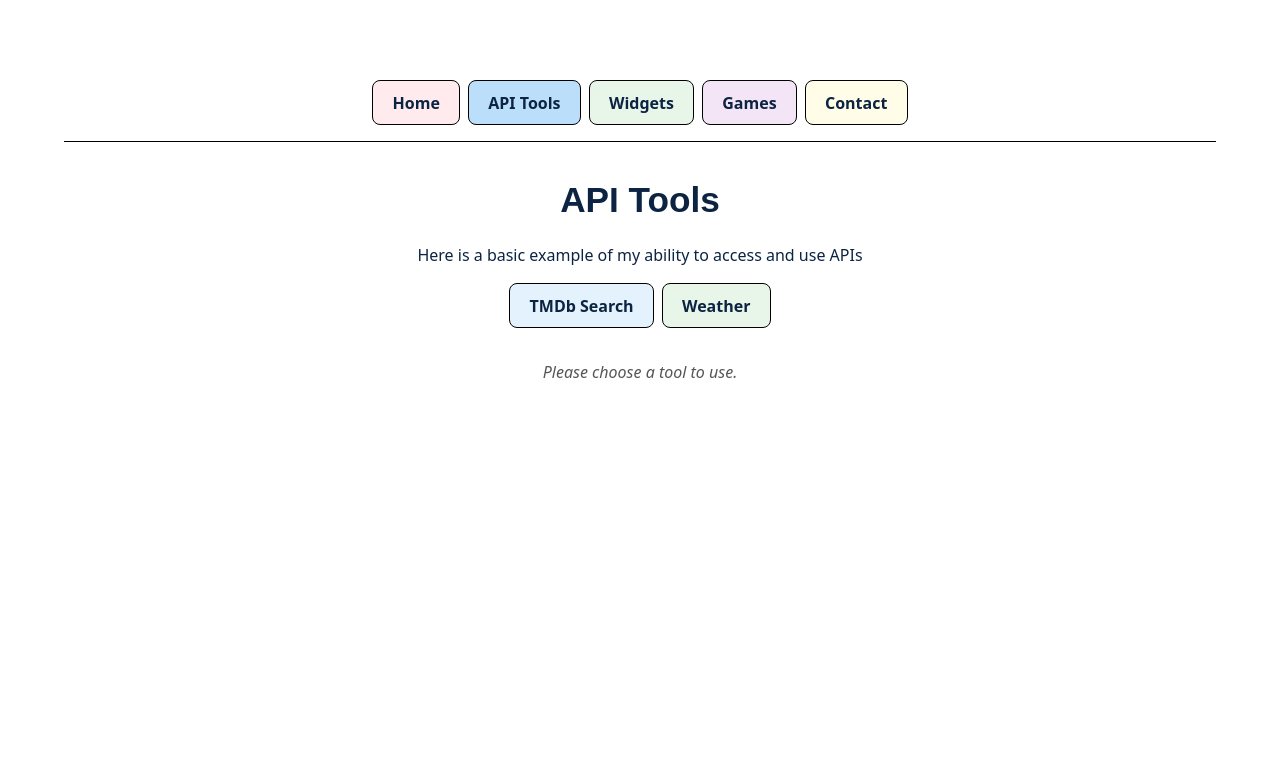
Repository: ourshadetree/TimPortfolio
Page: /api-tools
An editor plug-in stored every save of this project. The page is shown before and after the next save, followed by the edit.
The browser window is 1280 px wide. The pictures show the whole page.
The project was rebuilt for these pictures with package versions that can differ from the ones it lists, and the page was loaded fresh each time. Also part of the build but not shown: vite.config.js, src/views/HomeView.vue, src/components/MovieApi.vue, src/components/WeatherApi.vue, src/components/Calculator.vue, src/components/UnitConverter.vue, src/views/Widgets.vue, src/components/RockPaperScissors.vue and 3 more. Imported but missing from the stored project, and not drawn on this page: src/assets/CurrentResumeTimSB.pdf.

Above is the page before, as saved 2025-05-07 14:40:58.

### src/main.js
// src/main.js
import { createApp } from 'vue'
import App        from './App.vue'
import { router } from './router'
import './assets/style.css'         // your reset / base styles

createApp(App)
  .use(router)
  .mount('#app')

### src/App.vue
<!-- src/App.vue -->
<template>
  <div id="app">
    <header>
      <nav>
        <router-link to="/"       class="tab tab--home">Home</router-link>
        <router-link to="/api-tools" class="tab tab--api">API Tools</router-link>
        <router-link to="/widgets"   class="tab tab--widgets">Widgets</router-link>
        <router-link to="/games"     class="tab tab--games">Games</router-link>
        <router-link to="/contact"   class="tab tab--contact">Contact</router-link>
      </nav>
    </header>
    <main>
      <router-view/>
    </main>
  </div>
</template>


<script setup>
// no script needed here yet
</script>

<style>
#app {
  background: white;
  min-height: 100vh;
}

/* header/nav styling */
header {
  padding: 1rem;
  border-bottom: 1px solid black;
  text-align: center;
}
nav {
  display: inline-flex;
  gap: 0.5rem;
}
nav a {
  padding: 0.5rem 1rem;
  border: 1px solid black;
  border-radius: 8px;
  background: #FDEFF9; /* pastel pink */
  color: #0C2442;
  text-decoration: none;
  font-weight: bold;
}
nav a.router-link-active {
  background: yellow; /* pastel blue when active */
}

/* base tab style */
.tab {
  padding: 0.6rem 1.2rem;
  border: 1px solid #000;
  border-radius: 8px;
  text-decoration: none;
  font-weight: bold;
  color: #0C2442;
  transition: opacity .2s;
}
.tab:hover {
  opacity: 0.8;
}

/* pastel colours for each */
.tab--home     { background: #FFEBEE; } /* very light pink */
.tab--api      { background: #E3F2FD; } /* very light blue */
.tab--widgets  { background: #E8F5E9; } /* very light green */
.tab--games    { background: #F3E5F5; } /* very light purple */
.tab--contact  { background: #FFFDE7; } /* very light yellow */

</style>

### src/router/index.js
// src/router/index.js
import { createRouter, createWebHistory } from 'vue-router'
import HomeView    from '../views/HomeView.vue'
import ApiTools    from '../views/ApiTools.vue'
import Widgets     from '../views/Widgets.vue'
import Games       from '../views/Games.vue'
import Contact     from '../views/Contact.vue'

const routes = [
  { path: '/',           name: 'Home',      component: HomeView },
  { path: '/api-tools',   name: 'API Tools', component: ApiTools },
  { path: '/widgets',     name: 'Widgets',   component: Widgets },
  { path: '/games',       name: 'Games',     component: Games },
  { path: '/contact',     name: 'Contact',   component: Contact },
]

export const router = createRouter({
  history: createWebHistory(),
  routes,
})

### src/assets/style.css
/* ------------------------------------------------------------------------
   src/assets/style.css
   ————————————————————————————————————————————————————————————————
   1) Reset / base
   2) Layout (#app, header/nav)
   3) Typography (h1)
   4) Tabs (.tab, .tab--*)
   5) Buttons, links, etc.
   ------------------------------------------------------------------------ */

/* 1) -------- Reset / Base -------- */
:root {
  /* overall color scheme */
  background-color: #ffffff;
  color: #0C2442; /* dark blue text */
  font-family: Karla, system-ui, sans-serif;
  line-height: 1.5;
}

*,
*::before,
*::after {
  box-sizing: border-box;
  margin: 0;
  padding: 0;
}

/* 2) --------#app & header/nav layout -------- */
#app {
  max-width: 1280px;
  margin: 0 auto;
  padding: 2rem;
  text-align: center;
  background: white;
  min-height: 100vh;
}

header {
  padding-bottom: 1rem;
  border-bottom: 1px solid black;
  margin-bottom: 2rem;
}

nav {
  display: inline-flex;
  gap: 0.5rem;
}

/* 3) -------- Typography -------- */
#app h1 {
  font-family: 'Sora', sans-serif;
  font-size: 2.2rem;
  font-weight: 900;
  margin: 1rem 0;
}

/* 4) -------- Tabs -------- */
.tab {
  display: inline-block;
  padding: 0.6rem 1.2rem;
  border: 1px solid black;
  border-radius: 8px;
  text-decoration: none;
  font-weight: bold;
  color: #0C2442;
  transition: opacity 0.2s;
}
.tab:hover {
  opacity: 0.8;
}

/* Pastel for each */
.tab--home     { background: #FFEBEE; } /* very light pink */
.tab--api      { background: #E3F2FD; } /* very light blue */
.tab--widgets  { background: #E8F5E9; } /* very light green */
.tab--games    { background: #F3E5F5; } /* very light purple */
.tab--contact  { background: #FFFDE7; } /* very light yellow */

/* Active tab override */
.router-link-active {
  /* pastel‑blue highlight for whichever is active */
  background: #BBDEFB !important;
}

/* 5) -------- Buttons & Links -------- */
button {
  border-radius: 8px;
  border: 1px solid black;
  padding: 0.6rem 1.2rem;
  font: inherit;
  background: #f0f0f0;
  cursor: pointer;
  transition: background 0.2s;
}
button:hover {
  background: #e0e0e0;
}

a {
  color: inherit;
  text-decoration: none;
}

### src/views/ApiTools.vue
<!-- src/views/ApiTools.vue -->
<template>
    <section>
      <h1>API Tools</h1>
      <p>Here is a basic example of my ability to access and use APIs</p>
      <!-- Tab header -->
      <nav>
        <button
          v-for="tool in tools"
          :key="tool.name"
          @click="toggleTool(tool.name)"
          :class="['tab', tool.tabClass, { 'router-link-active': currentTab === tool.name }]"
        >
          {{ tool.name }}
        </button>
      </nav>

      <!-- Placeholder or Dynamic tool output -->
      <div class="tool-container">
        <p v-if="!currentTab" class="choose-message">
          Please choose a tool to use.
        </p>
        <!-- v-if so that when currentTab is null this unmounts -->
        <component
          v-if="currentTab"
          :is="currentComponent"
          :key="currentTab"
        />
      </div>
    </section>
  </template>

  <script setup>
  import { ref, computed } from 'vue'
  import MovieApi from '@/components/MovieApi.vue'
  import WeatherApi from '@/components/WeatherApi.vue'
  // import OtherApiTool from '@/components/OtherApiTool.vue'

  const tools = [
    { name: 'TMDb Search', component: MovieApi, tabClass: 'tab--api' },
    { name: 'Weather',     component: WeatherApi, tabClass: 'tab--widgets' },
    // { name: 'Other Tool', component: OtherApiTool, tabClass: 'tab--widgets' },
  ]

  // no default selection
  const currentTab = ref(null)

  function toggleTool(name) {
    currentTab.value = currentTab.value === name ? null : name
  }

  const currentComponent = computed(() => {
    const sel = tools.find(t => t.name === currentTab.value)
    return sel ? sel.component : null
  })
  </script>

  <style scoped>
  nav {
    margin: 1rem 0;
    display: flex;
    justify-content: center;
    gap: 0.5rem;
  }

  .tool-container {
    padding-top: 1rem;
  }

  .choose-message {
    font-style: italic;
    color: #555;
    text-align: center;
  }
  </style>

Loaded but not shown: index.html (common file)

After the next save:
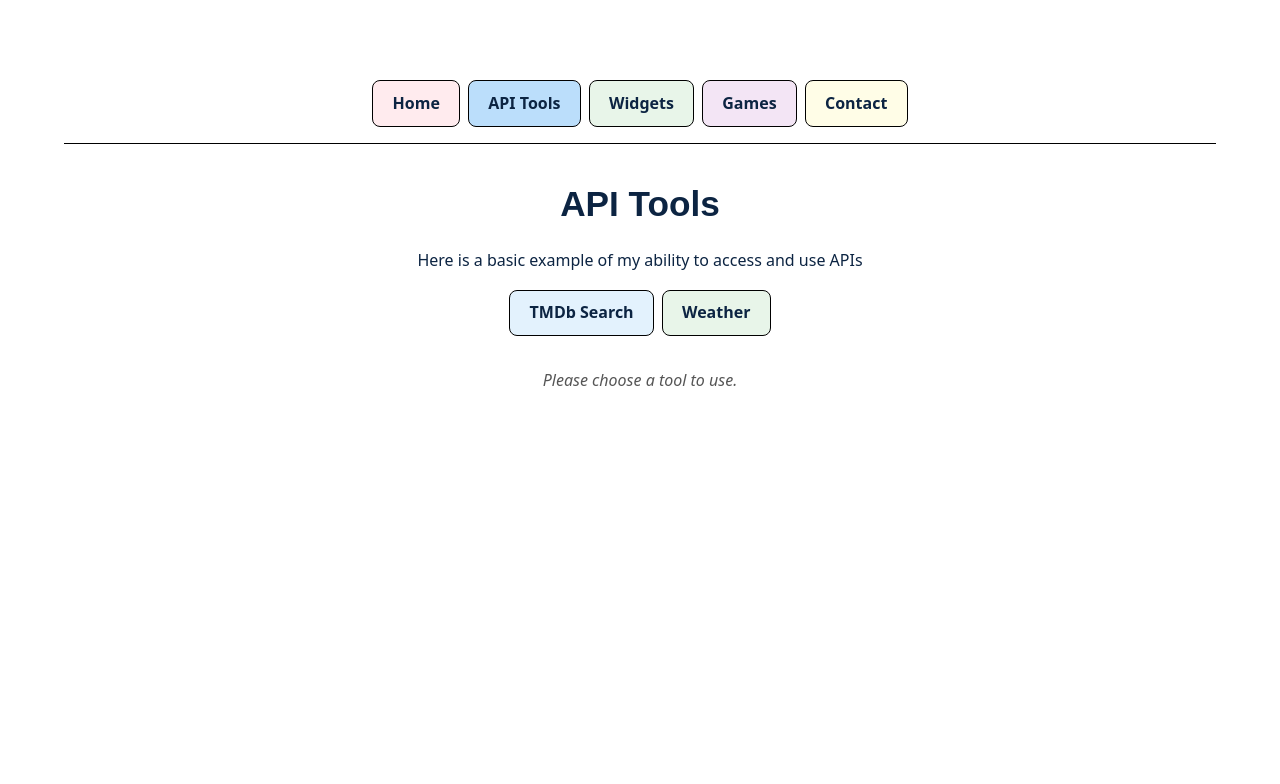
Saved 2 min 18 s later.
--- a/src/assets/style.css
+++ b/src/assets/style.css
@@ -1,11 +1,13 @@
 /* ------------------------------------------------------------------------
    src/assets/style.css
+   Updated: Mobile‑first responsive enhancements included
    ————————————————————————————————————————————————————————————————
    1) Reset / base
    2) Layout (#app, header/nav)
    3) Typography (h1)
    4) Tabs (.tab, .tab--*)
    5) Buttons, links, etc.
+   6) Responsive/mobile tweaks
    ------------------------------------------------------------------------ */
 
 /* 1) -------- Reset / Base -------- */
@@ -25,7 +27,7 @@
   padding: 0;
 }
 
-/* 2) --------#app & header/nav layout -------- */
+/* 2) -------- #app & header/nav layout -------- */
 #app {
   max-width: 1280px;
   margin: 0 auto;
@@ -44,6 +46,8 @@ header {
 nav {
   display: inline-flex;
   gap: 0.5rem;
+  flex-wrap: wrap;
+  justify-content: center;
 }
 
 /* 3) -------- Typography -------- */
@@ -91,6 +95,7 @@ button {
   background: #f0f0f0;
   cursor: pointer;
   transition: background 0.2s;
+  width: auto;
 }
 button:hover {
   background: #e0e0e0;
@@ -100,3 +105,53 @@ a {
   color: inherit;
   text-decoration: none;
 }
+
+/* 6) -------- Responsive / Mobile‑first Tweaks -------- */
+
+/* Ensure full-width form controls touch targets */
+input,
+select,
+button {
+  width: 100%;
+  max-width: 100%;
+  box-sizing: border-box;
+}
+
+@media (min-width: 480px) {
+  input,
+  select,
+  button {
+    width: auto;
+  }
+}
+
+/* Scale down main heading on smaller screens */
+@media (max-width: 479px) {
+  #app h1 {
+    font-size: 1.8rem;
+  }
+}
+
+/* Preview grid adjustments (if used) */
+.preview-grid {
+  display: grid;
+  grid-template-columns: 1fr;
+  gap: 1rem;
+}
+@media (min-width: 480px) {
+  .preview-grid {
+    grid-template-columns: repeat(auto-fit, minmax(240px, 1fr));
+  }
+}
+
+/* Increase line-height for readability on mobile */
+body {
+  line-height: 1.6;
+}
+
+/* Ensure sections have padding on small screens */
+@media (max-width: 479px) {
+  #app {
+    padding: 1rem;
+  }
+}
